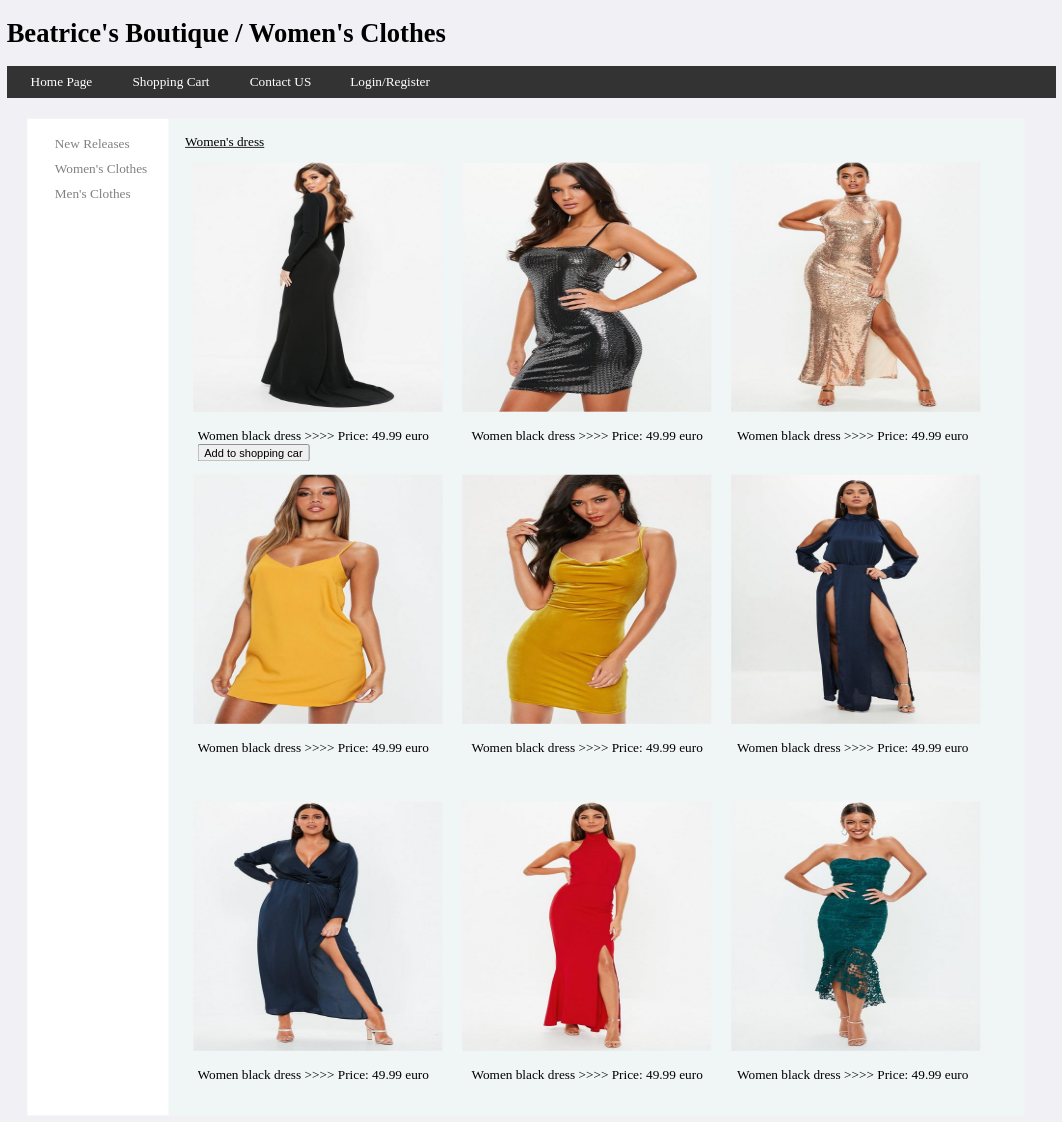
Repository: IosifDobos/Beatrice-Boutique
Page: http://localhost/BeatriceBoutique/womensClothes.jsp
These files come from the project's save history. The page is drawn as it stood at one moment and after the next save; the edit follows.
The browser window is 1280 px wide. The pictures show the whole page, at 83% of full size.
The page is served by Tomcat 9. Other server files are loaded and not shown.

Above is the page before, as saved 2018-12-04 17:51:15.

### BeatriceBoutique/Java/WorkSpace/BeatriceBoutique/WebContent/womensClothes.jsp
<!DOCTYPE html >
<html>
<head>
<meta http-equiv="Content-Type" content="text/html; charset=ISO-8859-1">
<link rel="stylesheet" type="text/css" href="styleSheet.css">
<title>Women's Clothes</title>
</head>
<body>

	<h1>Beatrice's Boutique / Women's Clothes</h1>

	<ul>
		<li><a href="homePage.html">Home Page</a></li>
		<li><a href="shoppingCart.html">Shopping Cart</a></li>
		<li><a href="contact.html">Contact US</a></li>
		<li><a href="login.html">Login/Register</a></li>
	</ul>


	<div class = "container">
		<!-- left side of the container where menu is displayed -->
		<div id="sidemenu">
			<a href="#">New Releases</a>
			<a href="womensClothes.html">Women's Clothes</a>
			<a href="#">Men's Clothes</a>
		</div>
		<!-- right side of the container -->
		<div id="right-side">
			<p><u>Women's dress</u></p>

			<img alt="dress" src="womens-img/black-open-back-maxi-dress.jpg" width="300" height="300" style="margin-left: 10px;">

			<img alt="dress1" src="womens-img/black-sewn-through-disc-bodycon-mini-dress.jpg" width="300" height="300" style="margin-left: 20px;">

			<img alt="dress2" src="womens-img/gold-sequin-choker-maxi-dress.jpg" width="300" height="300" style="margin-left: 20px;">
			<div id="product-1">
				<p>Women black dress >>>>  Price: 49.99 euro</p>
			</div>
			<div id="product-2">
				<p>Women black dress >>>>  Price: 49.99 euro</p>
			</div>
			<div id="product-3">
				<p>Women black dress >>>>  Price: 49.99 euro</p>
			</div>
			<div id ="button-url">
				<button data-url="shoppingCart.html" type="button" title="Add to shopping cart"
				class="button">
						Add to shopping car
				</button>
			</div>
			<br><br><br><br><br>
			<img alt="dress3" src="womens-img/mustard-cami-shift-dress.jpg" width="300" height="300" style="margin-left: 10px;">

			<img alt="dress4" src="womens-img/mustard-velvet-cowl-mini-dress.jpg" width="300" height="300" style="margin-left: 20px;">

			<img alt="dress5" src="womens-img/navy-split-front-maxi-dress.jpg" width="300" height="300" style="margin-left: 20px;">
			<div id="product-1">
				<p>Women black dress >>>>  Price: 49.99 euro</p>
			</div>
			<div id="product-2">
				<p>Women black dress >>>>  Price: 49.99 euro</p>
			</div>
			<div id="product-3">
				<p>Women black dress >>>>  Price: 49.99 euro</p>
			</div>
			<br><br><br><br><br><br>
			<img alt="dress6" src="womens-img/plus-size-navy-wrap-front-knot-dress.jpg" width="300" height="300" style="margin-left: 10px;">

			<img alt="dress7" src="womens-img/red-choker-maxi-dress.jpg" width="300" height="300" style="margin-left: 20px;">

			<img alt="dress8" src="womens-img/teal-lace-bandeau-bust-cup-midi-dress.jpg" width="300" height="300" style="margin-left: 20px;">
			<div id="product-1">
				<p>Women black dress >>>>  Price: 49.99 euro</p>
			</div>
			<div id="product-2">
				<p>Women black dress >>>>  Price: 49.99 euro</p>
			</div>
			<div id="product-3">
				<p>Women black dress >>>>  Price: 49.99 euro</p>
			</div>
			<br><br><br><br>
		</div>

	</div>

</body>
</html>

### BeatriceBoutique/Java/WorkSpace/BeatriceBoutique/WebContent/styleSheet.css
@charset "UTF-8";

body{
	background-color: #f0f0f5;
}

ul {
	position: -webkit-sticky;
	position: sticky;
    list-style-type: none;
    top: 0;
    margin: 0;
    padding: 0;
    overflow: hidden;
    background-color: #333;
}

li{
	float: left;
}

li a{
	display: block;
	color: white;
	text-align: center;
	padding: 10px 16px;
	text-decoration: none;
	width: 100px;

}

li a:hover {
    background-color: #555;
    color: white;
}

.active {
    background-color: #4CAF50;
    color: white;
}

.container{
	margin-top: 25px;
	margin-left: 25px;
	margin-right: 25px;
	background-color:  white;
	min-height: 400px;
	width: 95%;
}

/*#container:after{
	content: "";
	display: table;
	clear: both;
} */



#sidemenu {
    min-height: 100px;; /* Full-height: remove this if you want "auto" height */
    width: 150px;; /* Set the width of the sidebar */
    position: fixed; /* Fixed Sidebar (stay in place on scroll) */
    z-index: 1; /* Stay on top */
    top: 150px; /* Stay at the top */
    left: 50px;
    background-color: ; /* Black */
    overflow-x: hidden; /* Disable horizontal scroll */
    padding: 8px 0;
}

#sidemenu a {
    padding: 6px 8px 6px 16px;
    text-decoration: none;
    font-size: 16px;
    color: #818181;
    display: block;
}

/* When you mouse over the navigation links, change their color */
#sidemenu a:hover {
    color: #679898;
}

/* Style page content */
#right-side {
    margin-left: 170px; /* Same as the width of the sidebar */
    padding: 3px 5px 20px 20px;
    background-color: #f0f5f5;
    min-height: 300px;
}


/* #right-side{
	float: right;
	margin-right: 20px;
	width: 60%;
} */


#product-1{
	position: absolute;
	margin-left: 15px;
}

#product-2{
	position: absolute;
	margin-left: 345px;
}

#product-3{
	position: absolute;
	margin-left: 665px;
}

#button-url{
	position: absolute;
	margin-top: 35px;
	margin-left: 15px;
}


/* Responsive layout - when the screen is less than 600px wide, make the two columns stack on top of each other instead of next to each other */
@media screen and (max-width: 600px) {
    .col-25, .col-75, input[type=submit] {
        width: 100%;
        margin-top: 0;
    }
}

@media screen and (max-height: 450px) {
    #sidemenu {padding-top: 15px;}
    #sidemenu a {font-size: 18px;}
}

After the next save:
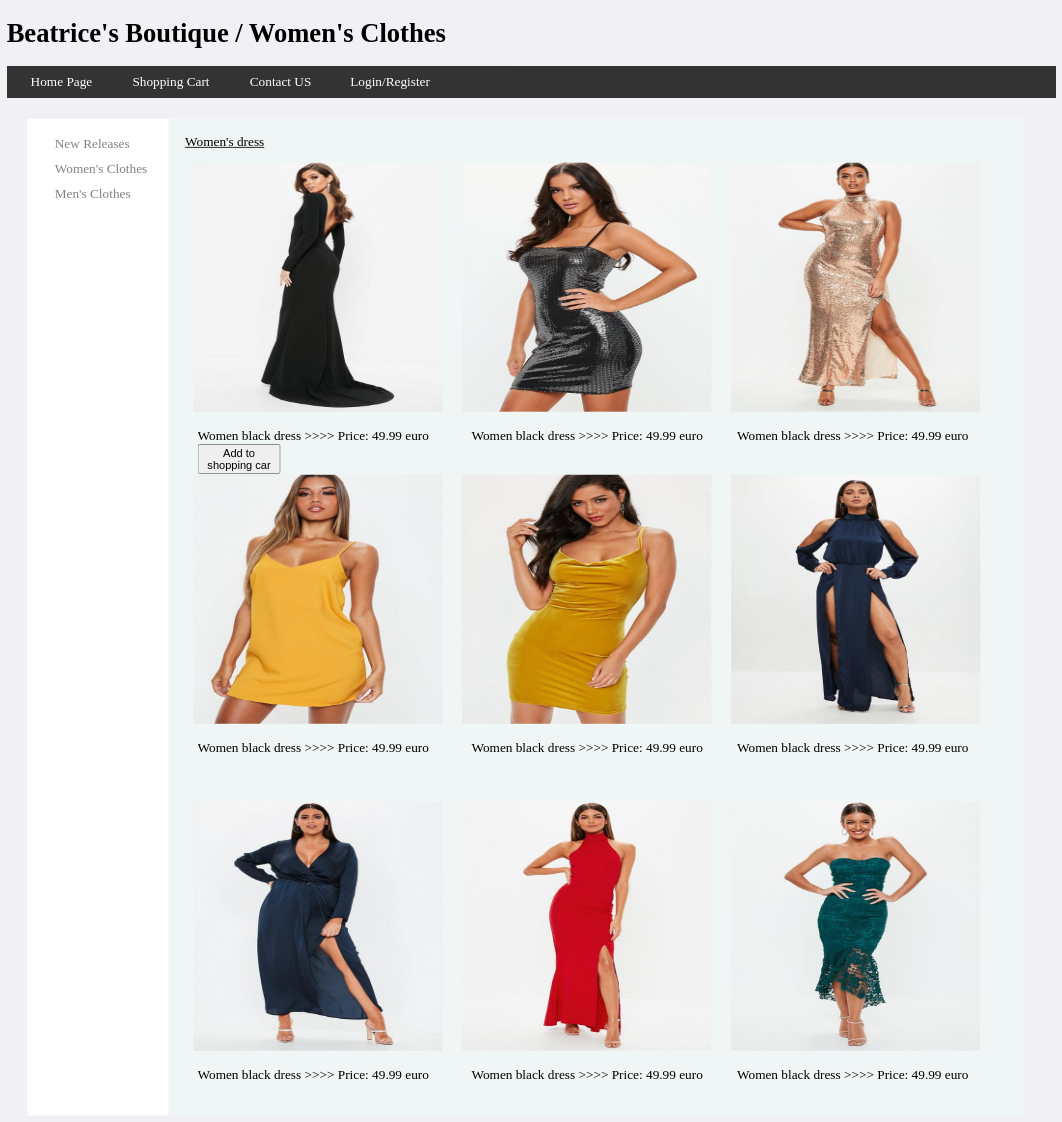
Saved 25 s later.
--- a/BeatriceBoutique/Java/WorkSpace/BeatriceBoutique/WebContent/styleSheet.css
+++ b/BeatriceBoutique/Java/WorkSpace/BeatriceBoutique/WebContent/styleSheet.css
@@ -116,6 +116,7 @@ li a:hover {
 	position: absolute;
 	margin-top: 35px;
 	margin-left: 15px;
+	width: 100px;
 }
 
 
